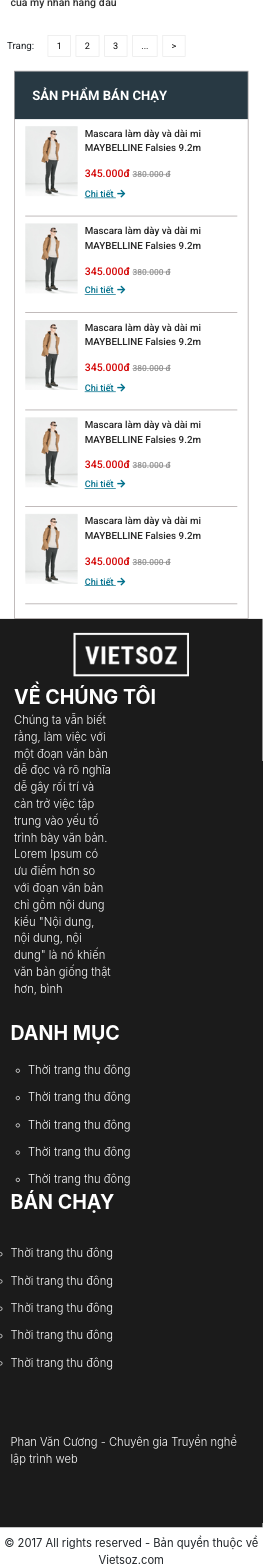
Repository: vinhtk0209/Vietsoz-reponsive
Page: index.html
An editor plug-in stored every save of this project. The page is shown before and after the next save, followed by the edit.
The browser window is 375 px wide. The pictures show the part of the page from y = 2543 to 4783 px (the page is 4783 px tall before and 4567 px after), at 70% of full size.

Above is the page before, as saved 2021-10-24 17:04:53.

After the next save:
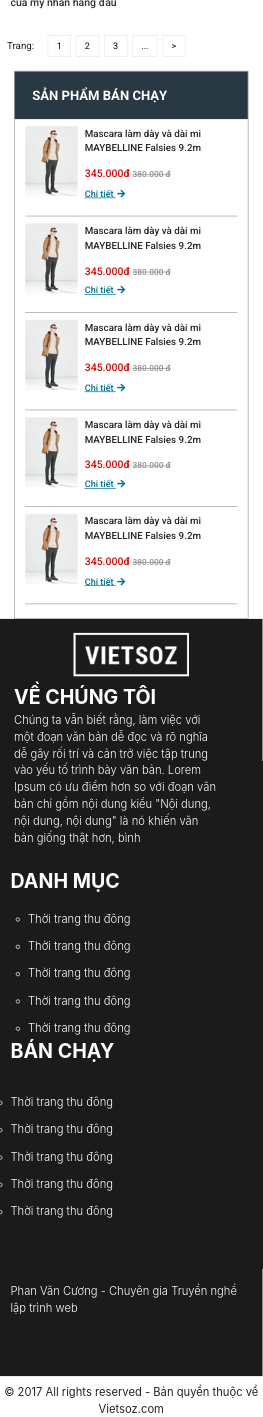
Saved 6 s later.
--- a/assets/css/reponsive.css
+++ b/assets/css/reponsive.css
@@ -132,7 +132,7 @@
     .footer .footer-content .footer-info p {
         padding-top: 0;
         margin-top: 50px;
-        padding-right: 200px;
+        padding-right: 50px;
         padding-left: 5px;
         position: relative;
      }

After the save that followed:
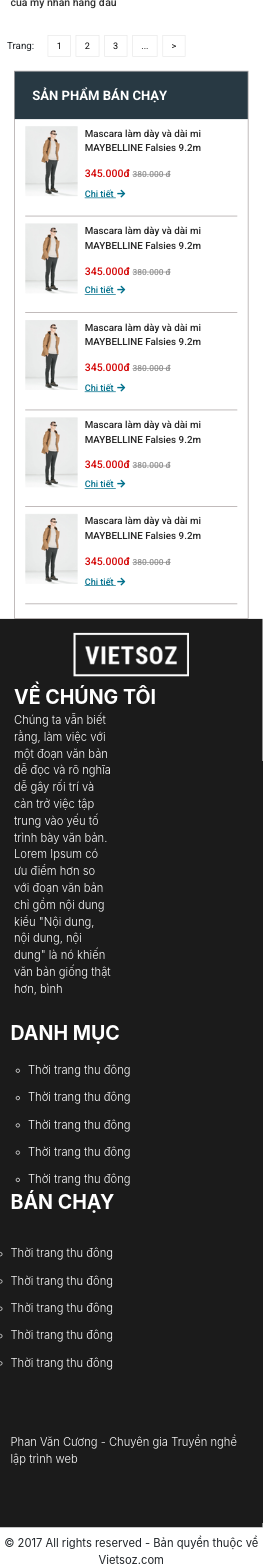
Saved 47 s later.
--- a/assets/css/reponsive.css
+++ b/assets/css/reponsive.css
@@ -129,13 +129,7 @@
         padding-right: 120px;
         padding-left: 5px;
     }
-    .footer .footer-content .footer-info p {
-        padding-top: 0;
-        margin-top: 50px;
-        padding-right: 50px;
-        padding-left: 5px;
-        position: relative;
-     }
+
 
 }
 
